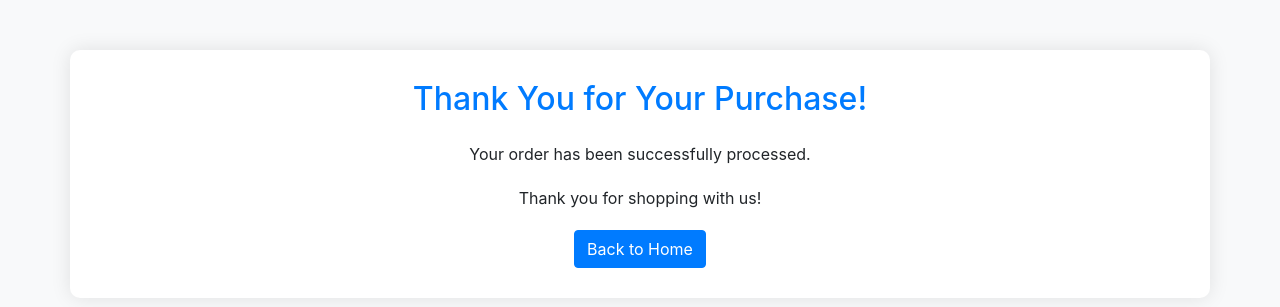
Repository: Szers222/MyProject
Page: http://localhost/MyProject/checkout.jsp
The author's editor kept a copy of each file at every save. The page is drawn from the files as they stood at one save, then again after the next save.
The browser window is 1280 px wide. The pictures show the whole page.
The page is served by Tomcat 10. The template is opened directly, without the code that normally fills it, so the values that code supplies are empty.

Above is the page before, as saved 2023-12-13 08:48:06.

After the next save:
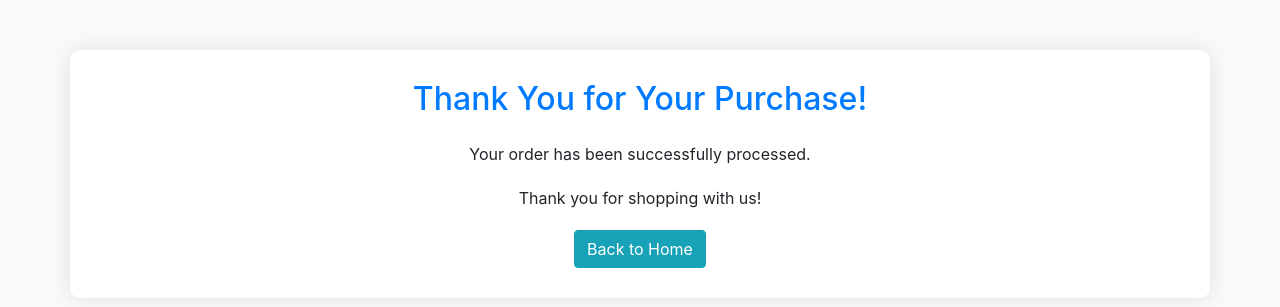
Saved 55 s later.
--- a/MyProject/src/main/webapp/checkout.jsp
+++ b/MyProject/src/main/webapp/checkout.jsp
@@ -45,12 +45,12 @@
             color: #28a745;
         }
         .btn-primary {
-            background-color: #007bff;
-            border-color: #007bff;
+            background-color: #17a2b8;
+            border-color: #17a2b8;
         }
         .btn-primary:hover {
-            background-color: #0056b3;
-            border-color: #0056b3;
+            background-color: #138496;
+            border-color: #138496;
         }
     </style>
 </head>
